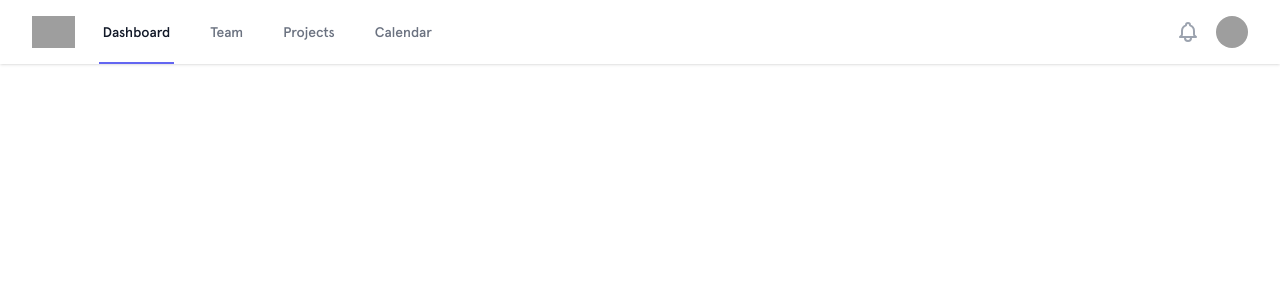
Repository: 1realjulius/webncos
Page: /
An editor plug-in stored every save of this project. The page is shown before and after the next save, followed by the edit.
The browser window is 1280 px wide. The pictures show the whole page.
Pictures or frames that could not be fetched are drawn as grey boxes. The project was rebuilt for these pictures with package versions that can differ from the ones it lists, and the page was loaded fresh each time. A package was used in the major version that the imports need, not the one package.json lists. The framework's server and built-in components were replaced by stand-ins that run in the browser. Also part of the build but not shown: next.config.js.

Above is the page before, as saved 2022-08-22 03:40:16.

After the next save:
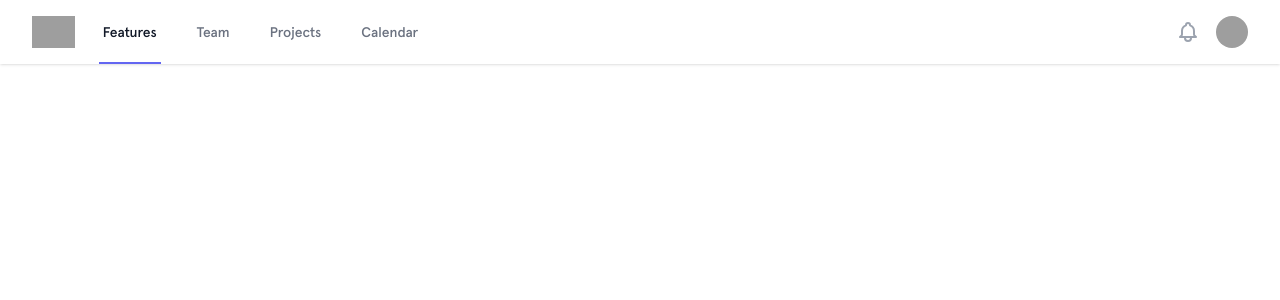
Saved 15 s later.
--- a/components/NavigationBar.tsx
+++ b/components/NavigationBar.tsx
@@ -34,7 +34,7 @@ export default function NavigationBar() {
                     href="#"
                     className="border-indigo-500 text-gray-900 inline-flex items-center px-1 pt-1 border-b-2 text-sm font-medium"
                   >
-                    Dashboard
+                    Features
                   </a>
                   <a
                     href="#"
